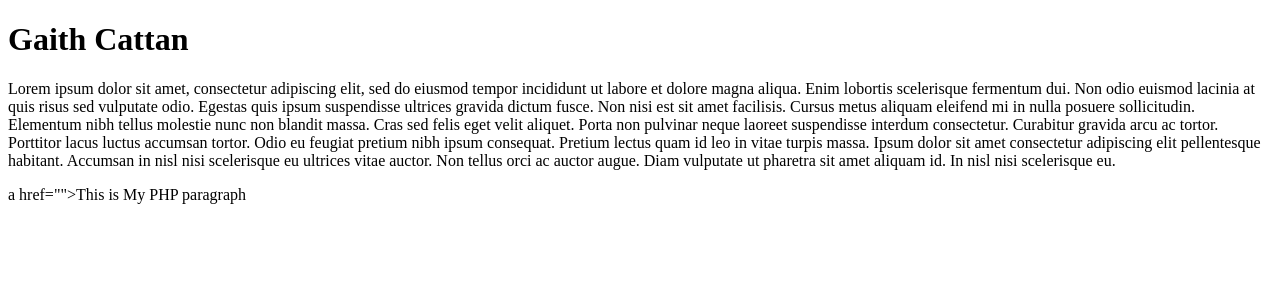
Repository: GaithCattan/COSW30
Page: http://localhost/labwork/lab1.php
The author's editor kept a record of every edit. The page is drawn from the files as they stood at one moment, then again after the next edit.
The browser window is 1280 px wide. The pictures show the whole page.
The page is run by PHP 8.4 with error messages shown; the project is at /var/www/html/.

Above is the page before.

### labwork/lab1.php
<!doctype html>
<html>
    <head>
            <title>My Name is Gaith</title>

    </head>
    <body>
        <h1>Gaith Cattan</h1>
        <p>Lorem ipsum dolor sit amet, consectetur adipiscing elit, sed do eiusmod tempor incididunt ut labore et dolore magna aliqua. Enim lobortis scelerisque fermentum dui. Non odio euismod lacinia
            at quis risus sed vulputate odio. Egestas quis ipsum suspendisse ultrices gravida dictum fusce. Non nisi est sit amet facilisis. Cursus metus aliquam eleifend mi in nulla posuere sollicitudin.
            Elementum nibh tellus molestie nunc non blandit massa. Cras sed felis eget velit aliquet. Porta non pulvinar neque laoreet suspendisse interdum consectetur. Curabitur gravida arcu ac tortor.
            Porttitor lacus luctus accumsan tortor. Odio eu feugiat pretium nibh ipsum consequat. Pretium lectus quam id leo in vitae turpis massa. Ipsum dolor sit amet consectetur adipiscing elit
            pellentesque habitant. Accumsan in nisl nisi scelerisque eu ultrices vitae auctor. Non tellus orci ac auctor augue. Diam vulputate ut pharetra sit amet aliquam id. In nisl nisi scelerisque eu.</p>

        <?php
        echo 'a href="">This is My PHP paragraph</a>'
        ?>

    </body>


</html>

After the next edit:
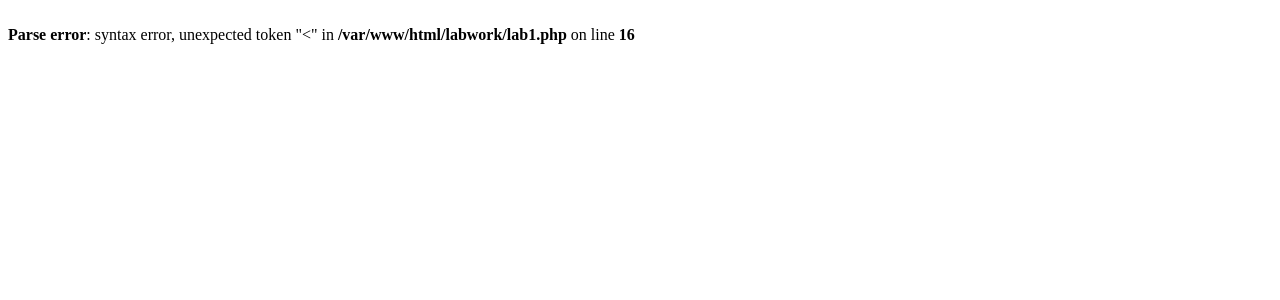
The edit:
--- a/labwork/lab1.php
+++ b/labwork/lab1.php
@@ -13,7 +13,7 @@
             pellentesque habitant. Accumsan in nisl nisi scelerisque eu ultrices vitae auctor. Non tellus orci ac auctor augue. Diam vulputate ut pharetra sit amet aliquam id. In nisl nisi scelerisque eu.</p>
 
         <?php
-        echo 'a href="">This is My PHP paragraph</a>'
+        echo <a>This is a PHP paragraph</a>
         ?>
 
     </body>
